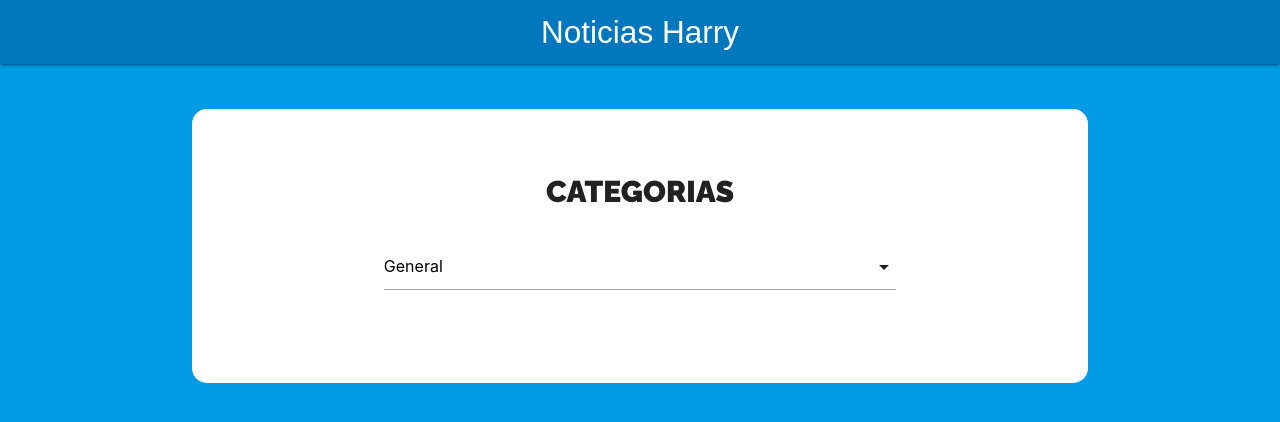
Repository: harrycampaz/news-react
Page: /
An editor plug-in stored every save of this project. The page is shown before and after the next save, followed by the edit.
The browser window is 1280 px wide. The pictures show the whole page.
The page's requests for data from a server got no answer. The project was rebuilt for these pictures with package versions that can differ from the ones it lists, and the page was loaded fresh each time. No one was signed in, and anything a server would have sent is missing. Also part of the build but not shown: src/components/news/News.js.

Above is the page before, as saved 2020-01-17 13:47:36.

### public/index.html
<!DOCTYPE html>
<html lang="en">
  <head>
    <meta charset="utf-8" />
    <link rel="icon" href="%PUBLIC_URL%/favicon.ico" />
    <meta name="viewport" content="width=device-width, initial-scale=1" />
    <meta name="theme-color" content="#000000" />
    <meta
      name="description"
      content="Web site created using create-react-app"
    />
    <link rel="apple-touch-icon" href="%PUBLIC_URL%/logo192.png" />
    <!--
      manifest.json provides metadata used when your web app is installed on a
      user's mobile device or desktop. See https://developers.google.com/web/fundamentals/web-app-manifest/
    -->
    <link rel="manifest" href="%PUBLIC_URL%/manifest.json" />
    <link rel="stylesheet" href="https://cdnjs.cloudflare.com/ajax/libs/materialize/1.0.0/css/materialize.min.css">
    <link href="https://fonts.googleapis.com/css?family=Raleway:700,900" rel="stylesheet">





    <!--
      Notice the use of %PUBLIC_URL% in the tags above.
      It will be replaced with the URL of the `public` folder during the build.
      Only files inside the `public` folder can be referenced from the HTML.

      Unlike "/favicon.ico" or "favicon.ico", "%PUBLIC_URL%/favicon.ico" will
      work correctly both with client-side routing and a non-root public URL.
      Learn how to configure a non-root public URL by running `npm run build`.
    -->
    <title>React App</title>
  </head>
  <body>
    <noscript>You need to enable JavaScript to run this app.</noscript>
    <div id="root"></div>
    <!--
      This HTML file is a template.
      If you open it directly in the browser, you will see an empty page.

      You can add webfonts, meta tags, or analytics to this file.
      The build step will place the bundled scripts into the <body> tag.

      To begin the development, run `npm start` or `yarn start`.
      To create a production bundle, use `npm run build` or `yarn build`.
    -->
    <script src="https://cdnjs.cloudflare.com/ajax/libs/materialize/1.0.0/js/materialize.min.js"></script>
    <script>
     document.addEventListener('DOMContentLoaded', function() {
         var elements = document.querySelectorAll('select');
         M.FormSelect.init(elements);
     });
   </script>
  </body>
</html>

### src/index.css
body {
  margin: 0;
  padding: 0;
  font-family: sans-serif;
}

body {
  background-color: #039be5;
}
.card-content h3 {
  font-size: 1.4rem;
}
.row {
  display: flex;
  flex-wrap: wrap;
}
.contenedor-noticias {
  padding: 2rem;
  border-radius: 1rem;
  margin-top: 3rem;
}

.buscador {
  margin-top: 2rem;
  margin-bottom: 2rem;
  text-align: left;
}
.buscador label {
  font-size: 2rem;
  color: black;
}
.dropdown-content li>span {
  color: black;
}
.select-wrapper input.select-dropdown:focus {
  border-bottom: 1px solid #e64a19!important;
}
h2 {
  font-family: 'Raleway', sans-serif;
  font-weight: 900;
  font-size: 2rem;
  text-transform: uppercase;
  text-align: center;
}

.card-action .btn {
  width: 100%;
}
.enviar input[type="submit"] {
  width: 100%;
}

.fade-enter {
  opacity: 0;
  transform: scale(1.25);
}
.fade-enter.fade-enter-active {
  opacity: 1;
  transition: all .5s ease-in;
  transform: scale(1);
}

.fade-exit {
  opacity: 1;
  transform: scale(1.25);
}
.fade-exit.fade-exit-active {
  opacity: 0;
  transition: all .5s ease-in;
  transform: scale(1);
}

### src/App.js
import React, { Component, Fragment } from 'react';
import Header from './components/Header';
import ListNews from './components/news/ListNews';
import Search from './components/Search';
import {GLOBAL} from './config/constants'

class App extends Component {

  state = {

    news: []
  }
  async componentDidMount(){

    this.getNoticias();

  }

  getNoticias =  async (category = 'general') => {
    const url = `${GLOBAL.url}${GLOBAL.version}top-headlines?country=co&category=${category}&apiKey=${GLOBAL.apiKey}`;

    const response = await fetch(url);
    const news = await response.json();

    this.setState({
      news: news.articles
    })
  }

  render() {
    return (

      <Fragment>
      <Header titulo= "Noticias Harry"/>
      <div className ="container white contenedor-noticias">

<Search getNoticias = {this.getNoticias}/>
<ListNews news = {this.state.news}/>

      </div>
      </Fragment>
    );
  }
}

export default App;

### src/components/Header.js
import React from 'react';
import PropTypes from 'prop-types';

const Header = ({titulo}) => {
    return (
        <nav className ="nav-wrapper light-blue darken-3">

    <a href="#!" className ="brand-logo center"> {titulo}</a>
        </nav>
    );
};


Header.propTypes = {
    titulo: PropTypes.string.isRequired
};

export default Header;

### src/components/news/ListNews.js
import React from 'react';
import News from './News';
import PropTypes from 'prop-types';

const ListNews = ({news}) => {
    return (
        <div className="row">
            {news.map(newsItem => {
               return <News key={newsItem.url} newsItem ={newsItem} />
            })}
        </div>
    );
};

ListNews.propTypes = {
    news: PropTypes.array.isRequired
};


export default ListNews;

### src/components/Search.js
import React, { Component } from 'react';
import PropTypes from 'prop-types';
class Search extends Component {

    state = {
        category: ''
    }

    componentDidMount(){
        this.setState({
            category: 'general'
        })
    }

    handleCategoy = e => {
        this.setState({
            category: e.target.value
        }, ()=> {
            this.props.getNoticias(this.state.category);
        })

        //enviarlo a la princiale

    }

    render() {
        return (
            <div className="buscardor row">
                <div className = "col s12 m8 offset-m2">
                    <form>
                        <h2>
                            Categorias
                        </h2>

                        <div className ="input-field col s12">

                            <select onChange={this.handleCategoy} >
                                <option value = "general">General</option>
                                <option value = "business">Business</option>
                                <option value = "entertainment">Entertainment</option>
                                <option value = "health">Health</option>
                                <option value = "science">Science</option>
                                <option value = "sports">Sports</option>
                                <option value = "technology">Technology</option>
                            </select>

                        </div>
                    </form>
                </div>


            </div>
        );
    }
}

Search.propTypes = {
    getNoticias: PropTypes.func.isRequired
};

export default Search;

### src/config/constants.js
export const GLOBAL = {

    url: 'https://newsapi.org/',
    version:'v2/',
    apiKey: 'e2e31acf44744967adbfc05c32672e50'
}

Loaded but not shown: src/index.js (common file); src/serviceWorker.js (common file)

After the next save:
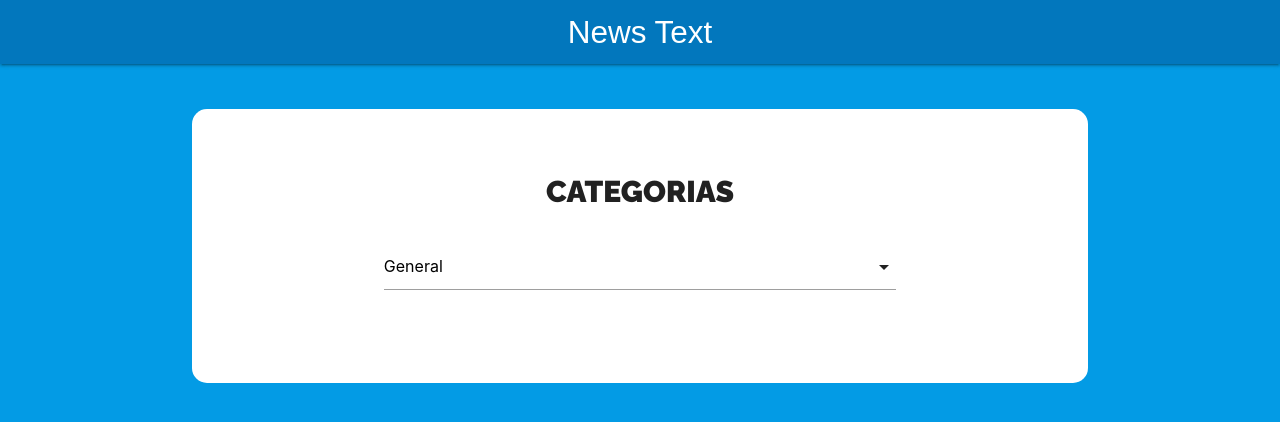
Saved 113 s later.
--- a/src/App.js
+++ b/src/App.js
@@ -31,7 +31,7 @@ class App extends Component {
     return (
 
       <Fragment>
-      <Header titulo= "Noticias Harry"/>
+      <Header titulo= "News Text"/>
       <div className ="container white contenedor-noticias">
 
 <Search getNoticias = {this.getNoticias}/>
